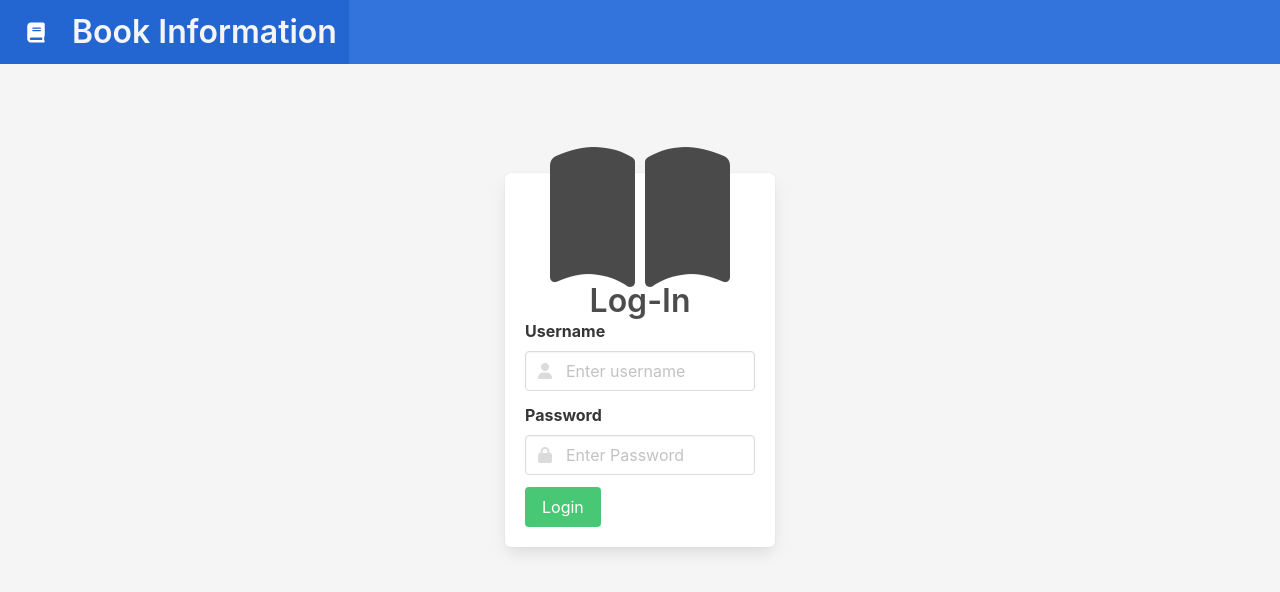
Repository: setsunafjustin00208/books_info_laravel_version
Page: http://localhost/
The author's editor kept a copy of each file at every save. The page is drawn from the files as they stood at one save, then again after a run of saves.
The browser window is 1280 px wide. The pictures show the whole page.
The page is served by the project's Laravel application, run on PHP 8.4 with Laravel 9.

Above is the page before, as saved 2022-08-24 19:27:10.
Console error: ReferenceError: jQuery is not defined

After the next 12 saves:
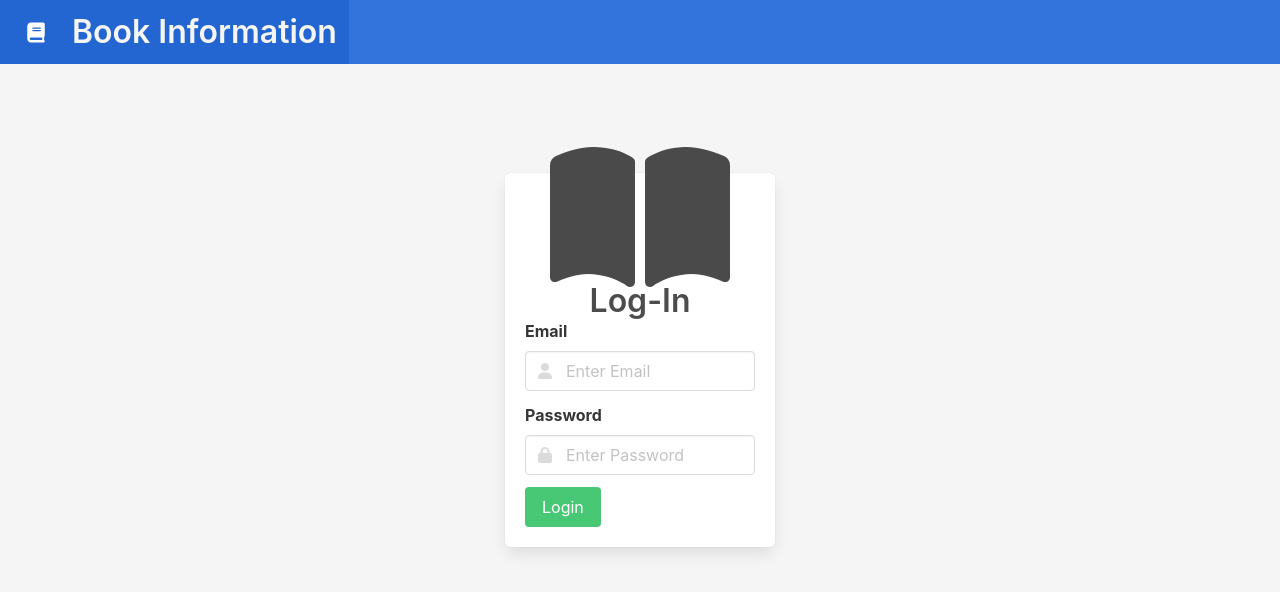
The 12 saves are shown as one change because they came seconds apart.
The last was saved 29 s later.
--- a/resources/views/appviews/index.blade.php
+++ b/resources/views/appviews/index.blade.php
@@ -14,9 +14,9 @@
                   <form method="post" action="/users/login">
                     @csrf
                     <div class="field">
-                      <label for="" class="label">Username</label>
+                      <label for="" class="label">Email</label>
                       <div class="control has-icons-left">
-                        <input type="text" placeholder="Enter username" class="input" name="username">
+                        <input type="text" placeholder="Enter Email" class="input" name="email">
                         <span class="icon is-small is-left">
                           <i class="fa fa-user"></i>
                         </span>
